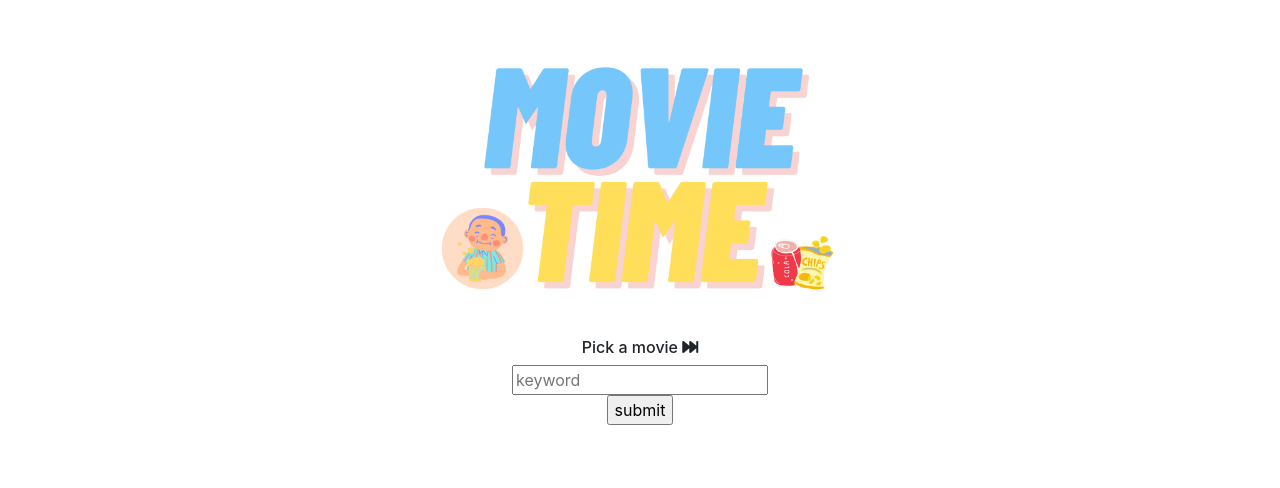
Repository: Wei-Hsi/MovieTime_search-engine
Page: http://localhost/FinalProject/TestProject
These files come from the project's save history. The page is drawn as it stood at one moment and after the next save; the edit follows.
The browser window is 1280 px wide. The pictures show the whole page.
Some web libraries are served in a nearby version. The page is served by Tomcat 9.

Above is the page before, as saved 2021-01-05 09:14:05.

After the next save:
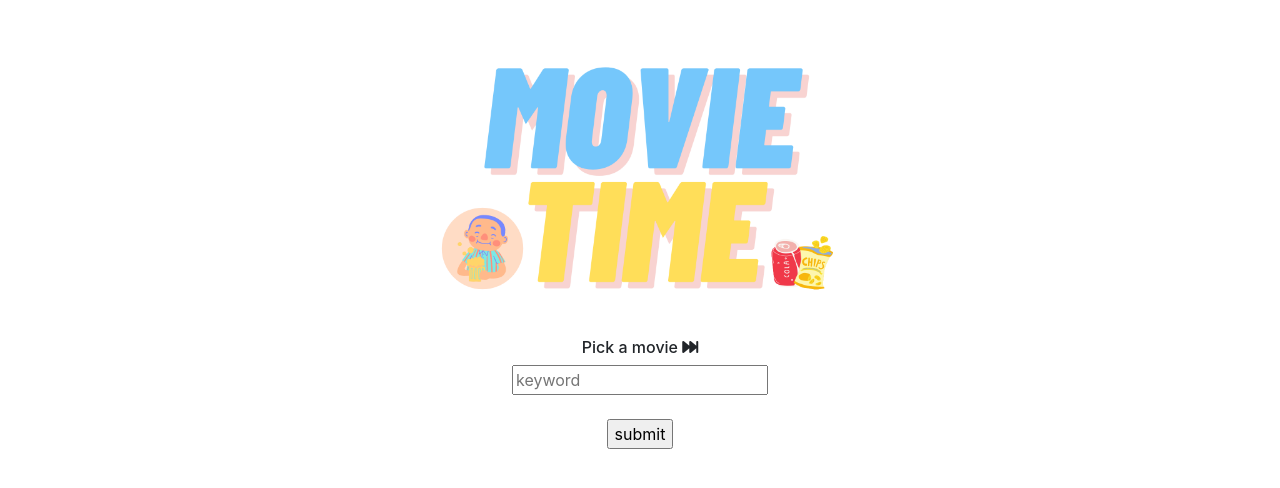
Saved 24 s later.
--- a/FinalProject/WebContent/Search.jsp
+++ b/FinalProject/WebContent/Search.jsp
@@ -20,7 +20,7 @@
 	</div>
 	<form action='${requestUri}' method='get'>
 	<input type='text' name='keyword' placeholder = 'keyword'/>
-	<br><input type='submit' value='submit' />
+	<br><br><input type='submit' value='submit' />
 	</form>
 	</div>
 </body>
